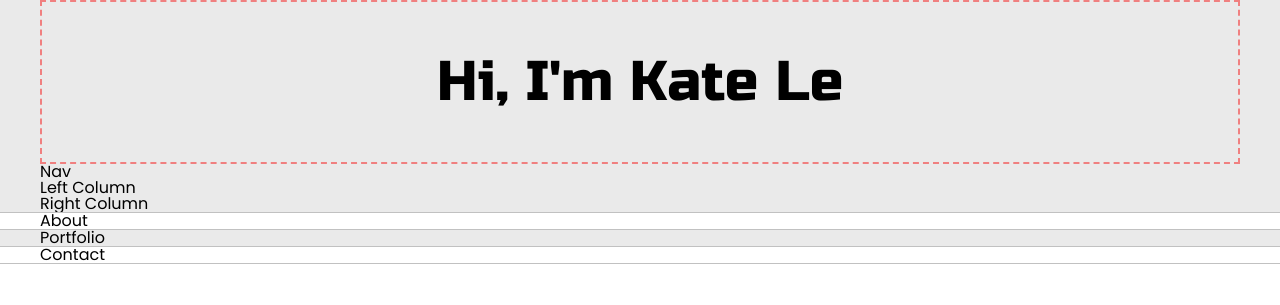
Repository: kate30980/my-persponal-website
Page: index.html
The author's editor kept a copy of each file at every save. The page is drawn from the files as they stood at one save, then again after the next save.
The browser window is 1280 px wide. The pictures show the whole page.

Above is the page before, as saved 2021-08-26 17:22:39.

### index.html
<!DOCTYPE html>
<html lang="en">

<head>
    <meta charset="UTF-8">
    <meta http-equiv="X-UA-Compatible" content="IE=edge">
    <meta name="viewport" content="width=device-width, initial-scale=1.0">
    <title>Kate Le</title>
    <link rel="preconnect" href="https://fonts.googleapis.com">
    <link rel="preconnect" href="https://fonts.gstatic.com" crossorigin>
    <link rel="preconnect" href="https://fonts.googleapis.com">
    <link rel="preconnect" href="https://fonts.gstatic.com" crossorigin>
    <link href="https://fonts.googleapis.com/css2?family=Poppins:wght@300;400;600;700&family=Russo+One&display=swap"
        rel="stylesheet">
    <link rel="stylesheet" href="reset.css">
    <link rel="stylesheet" href="main.css">
</head>

<body>

    <section class="s1">
        <div class="main-container">
            <div class="greeting-wrapper">
                <h1>Hi, I'm Kate Le</h1>
            </div>

            <div class="intro-wrapper">
                <div class="nav-wrapper">
                    Nav
                </div>
                <div class="left-column">
                    Left Column
                </div>
                <div class="right-column">
                    Right Column
                </div>
            </div>

        </div>
    </section>

    <section class="s2">
        <div class="main-container">
            About
        </div>
    </section>

    <section class="s1">
        <div class="main-container">
            Portfolio
        </div>
    </section>

    <section class="s2">
        <div class="main-container">
            Contact
        </div>
    </section>

</body>

</html>

### main.css
:root {
  --mainText: black;
  --secondaryText: #4b5156;

  --mainColor: #eaeaea;
  --secondaryColor: #fff;

  --borderColor: #c1c1c1;
}

html,
body {
  padding: 0;
  margin: 0;
  font-family: "Poppins", sans-serif;
}
h1,
h2,
h3,
h4,
h5,
h6,
strong {
  color: var(--mainText);
  font-family: "Russo One", sans-serif;
  font-weight: 500;
}

p,
li,
span,
label,
input,
textarea,
select {
  color: var(--secondaryText);
  font-family: "Poppins", sans-serif;
}
ul {
  list-style: none;
}

a {
  text-decoration: none;
  color: #17a2b8;
}

h1 {
  font-size: 56px;
}
h2 {
  font-size: 36px;
}
h3 {
  font-size: 28px;
}
h4 {
  font-size: 24px;
}
h5 {
  font-size: 20px;
}
h6 {
  font-size: 16px;
}

.s1 {
  background-color: var(--mainColor);
  border-bottom: 1px solid var(--borderColor);
  overflow: auto;
}
.s2 {
  background-color: var(--secondaryColor);
  border-bottom: 1px solid var(--borderColor);
  overflow: auto;
}
.main-container {
  width: 1200px;
  margin: 0 auto;
}
.greeting-wrapper {
  display: grid;
  text-align: center;
  align-content: center;
  border: 2px dashed lightcoral;
  min-height: 10em;
}

@media screen and (max-width: 1200px) {
  .main-container {
    width: 95%;
  }
}

Loaded but not shown: reset.css (common file)

After the next save:
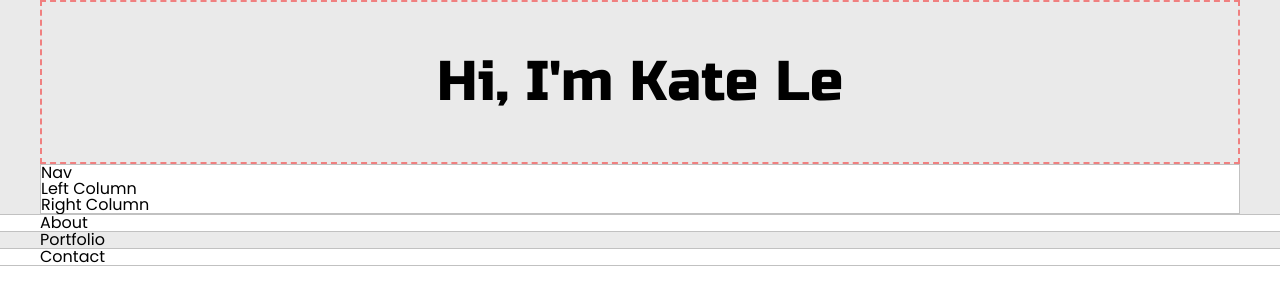
Saved 50 s later.
--- a/main.css
+++ b/main.css
@@ -86,6 +86,11 @@
   min-height: 10em;
 }
 
+.intro-wrapper {
+  background-color: var(--secondaryColor);
+  border: 1px solid var(--borderColor);
+}
+
 @media screen and (max-width: 1200px) {
   .main-container {
     width: 95%;
